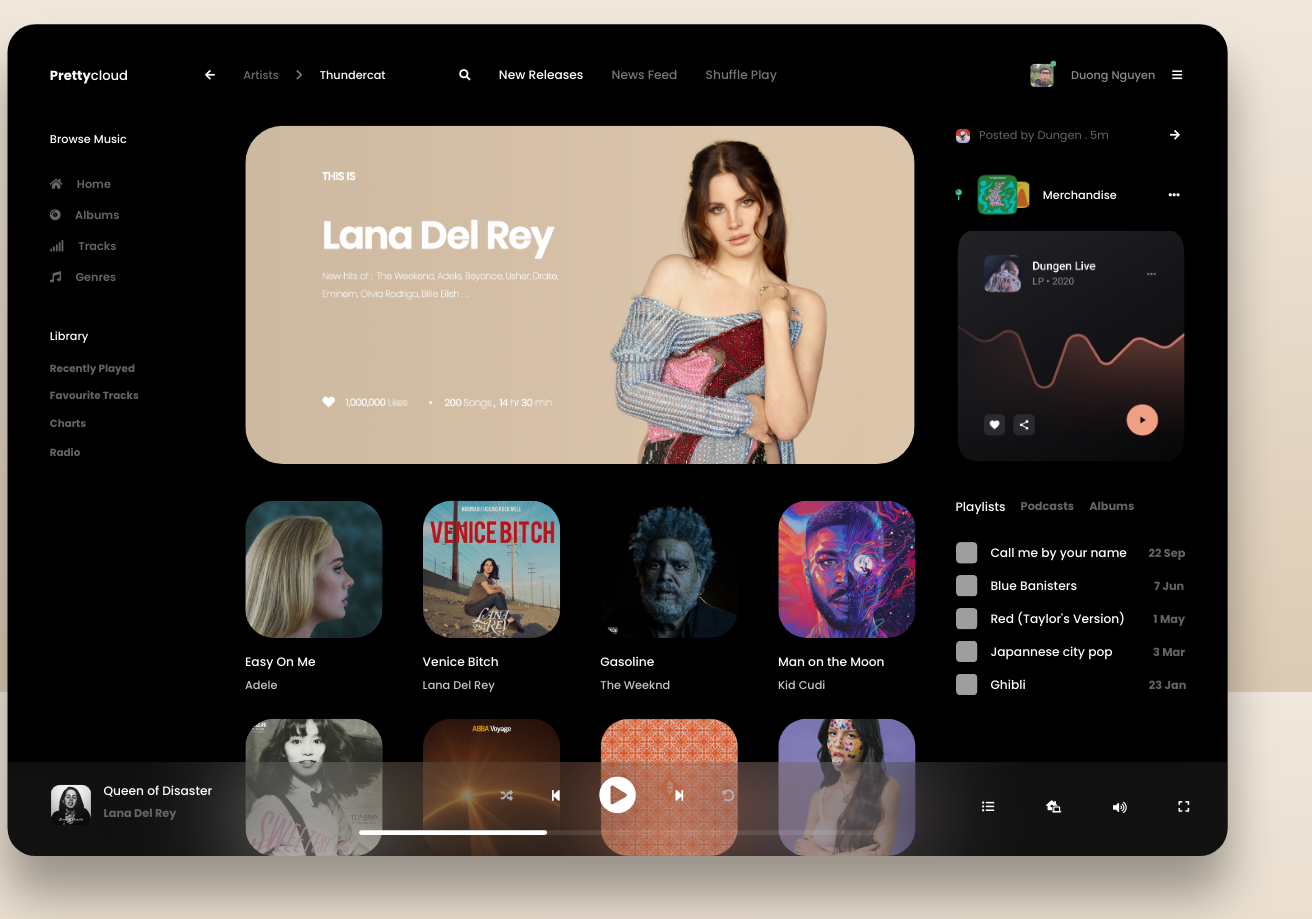
Repository: nguyenduong12345/music-player
Page: glass.html
An editor plug-in stored every save of this project. The page is shown before and after the next save, followed by the edit.
The browser window is 1280 px wide. The page is 1396 px wide, then 1280 px, then 1396 px, so the pictures cover 1396 px, including what lies to the right of the window. The pictures show the whole page, at 94% of full size.
Pictures or frames that could not be fetched are drawn as grey boxes. The style sheet was rebuilt from its Sass, Less or Tailwind sources for each picture, by a compiler version that may differ from the author's.

Above is the page before, as saved 2022-01-28 15:10:13.

### glass.html
<!DOCTYPE html>
<html lang="en">
  <head>
    <meta charset="UTF-8" />
    <meta http-equiv="X-UA-Compatible" content="IE=edge" />
    <meta name="viewport" content="width=device-width, initial-scale=1.0" />
    <title>Glass Website</title>
    <link
      href="https://fonts.googleapis.com/css2?family=Poppins:ital,wght@0,300;0,400;0,500;0,600;0,700;0,800;1,300;1,400;1,500;1,600;1,700;1,800&family=Rubik:ital,wght@0,300;0,400;0,500;0,600;0,700;0,800;1,300;1,400;1,500;1,600;1,700;1,800&display=swap"
      rel="stylesheet"
    />
    <link rel="stylesheet" href="./css/glass.css" />
    <link href="/fontawesome/css/all.css" rel="stylesheet" />
  </head>
  <body>
    <!-- <div class="circle"></div> -->
    <!-- <main>
      <section class="glass">
        <div class="dashboard">
          <div class="user">
            <div class="user-avatar">
              <img class="avatar" srcset="image\IMG_6675.jpg" alt="" />
            </div>
            <h3>Duong Nguyen</h3>
            <p>Pro Member</p>
          </div>
          <div class="links">
            <div class="link">
              <img class="dashboard-icon" src="../image/steam.png" alt="" />
              <h2 class="link-text">Streams</h2>
            </div>
            <div class="link">
              <img class="dashboard-icon" src="../image/library.png" alt="" />
              <h2 class="link-text">Library</h2>
            </div>
            <div class="link">
              <img class="dashboard-icon" src="../image/twitch.png" alt="" />
              <h2 class="link-text">Games</h2>
            </div>
            <div class="link">
              <img class="dashboard-icon" src="../image/upcoming.png" alt="" />
              <h2 class="link-text">New</h2>
            </div>
            <div class="pro">
              <h2 class="pro-text">Join pro for free games.</h2>
              <img
                class="dashboard-icon"
                srcset="../image/controller.png"
                alt=""
              />
            </div>
          </div>
        </div>
        <div class="games">
          <div class="intro">
            <div class="games-heading">
              <h1>Active Games</h1>
            </div>
            <div class="seach-games">
              <input type="seach" class="seach-games__game" id="" />
              <div class="seach-games__custom"></div>
            </div>
          </div>
          <div class="card">
            <img class="game-image" src="./image/sackboy.png" alt="" />
            <div class="card-info">
              <h2 class="card-info__title">Sackboy A Great Advanture</h2>
              <p class="card-info__desc">PS5 Version</p>
              <div class="card-progress"></div>
            </div>
            <h2 class="percentage">60%</h2>
          </div>
          <div class="card">
            <img class="game-image" src="./image/spiderman.png" alt="" />
            <div class="card-info">
              <h2 class="card-info__title">Spiderman Miles Morales</h2>
              <p class="card-info__desc">PS5 Version</p>
              <div class="card-progress"></div>
            </div>
            <h2 class="percentage">60%</h2>
          </div>
          <div class="card">
            <img class="game-image" src="./image/assassins.png" alt="" />
            <div class="card-info">
              <h2 class="card-info__title">Assassins Creed Valhalla</h2>
              <p class="card-info__desc">PS5 Version</p>
              <div class="card-progress"></div>
            </div>
            <h2 class="percentage">60%</h2>
          </div>
        </div>
      </section>
    </main>
    <div class="circle1"></div>
    <div class="circle2"></div> -->
    <!-- <section class="grid">


      <div class="custom-grid">
        <img
          class="custom-grid__item"
          src="https://images.unsplash.com/photo-1519681393784-d120267933ba?ixlib=rb-1.2.1&ixid=MnwxMjA3fDB8MHxwaG90by1wYWdlfHx8fGVufDB8fHx8&auto=format&fit=crop&w=1170&q=80"
          alt=""
        />
        <img
          class="custom-grid__item"
          src="https://images.unsplash.com/photo-1485470733090-0aae1788d5af?ixlib=rb-1.2.1&ixid=MnwxMjA3fDB8MHxwaG90by1wYWdlfHx8fGVufDB8fHx8&auto=format&fit=crop&w=1217&q=80"
          alt=""
        />
        <img
          class="custom-grid__item"
          src="https://images.unsplash.com/photo-1508739773434-c26b3d09e071?ixlib=rb-1.2.1&ixid=MnwxMjA3fDB8MHxwaG90by1wYWdlfHx8fGVufDB8fHx8&auto=format&fit=crop&w=1170&q=80"
          alt=""
        />
        <img
          class="custom-grid__item"
          src="https://images.unsplash.com/photo-1508182314998-3bd49473002f?ixlib=rb-1.2.1&ixid=MnwxMjA3fDB8MHxwaG90by1wYWdlfHx8fGVufDB8fHx8&auto=format&fit=crop&w=1170&q=80"
          alt=""
        />
        <img
          class="custom-grid__item"
          src="https://images.unsplash.com/photo-1508144753681-9986d4df99b3?ixlib=rb-1.2.1&ixid=MnwxMjA3fDB8MHxwaG90by1wYWdlfHx8fGVufDB8fHx8&auto=format&fit=crop&w=1170&q=80"
          alt=""
        />
        <img
          class="custom-grid__item"
          src="https://images.unsplash.com/photo-1508144322886-717c284ab392?ixlib=rb-1.2.1&ixid=MnwxMjA3fDB8MHxwaG90by1wYWdlfHx8fGVufDB8fHx8&auto=format&fit=crop&w=1170&q=80"
          alt=""
        />
      </div>
    </section> -->
    <!-- <section class="langdingpage-practice">
      <div class="langdingpage">
        <div class="container">
          <div class="heading">
            <div class="heading-logos">
              <span class="heading__logo">Demo</span> -->
    <!-- </div>
            <div class="heading-menu">
              <a href="" class="heading-menu__option">Find passion</a>
              <a href="" class="heading-menu__option">Categories</a>
              <a href="" class="heading-menu__option">Skills</a>
              <a href="" class="heading-menu__option">Customer</a>
            </div>
            <div class="heading-login">
              <a href="" class="heading-login__option">Login</a>
              <a href="" class="heading-login__option">Free Trial</a>
            </div>
          </div>
          <div class="hero">
            <div class="title">
              <h1>Watch.</h1>
              <h1>Learn.</h1>
              <h1>Grow.</h1>
            </div>
            <div class="course">
              <div class="course-item">
                <img
                  class="course-image"
                  src="https://images.unsplash.com/photo-1633113093730-47449a1a9c6e?ixlib=rb-1.2.1&ixid=MnwxMjA3fDB8MHxwaG90by1wYWdlfHx8fGVufDB8fHx8&auto=format&fit=crop&w=687&q=80"
                  alt=""
                />
              </div>
              <div class="course-item">
                <img
                  class="course-image"
                  src="https://images.unsplash.com/photo-1633113087654-c49c686c2cdf?ixlib=rb-1.2.1&ixid=MnwxMjA3fDB8MHxwaG90by1wYWdlfHx8fGVufDB8fHx8&auto=format&fit=crop&w=687&q=80"
                  alt=""
                />
              </div>
              <div class="course-item">
                <img
                  class="course-image"
                  src="https://images.unsplash.com/photo-1633119446564-877e2c2ae501?ixlib=rb-1.2.1&ixid=MnwxMjA3fDB8MHxwaG90by1wYWdlfHx8fGVufDB8fHx8&auto=format&fit=crop&w=687&q=80"
                  alt=""
                />
              </div>
            </div>
          </div>
          <div class="button">
            <div class="intro">
              <span class="intro-desc">Find your passion</span>
              <div class="intro-box"></div>
            </div>
            <div class="click">
              <a href="" class="click-link">Go</a>
              <div class="click-box"></div>
            </div>
          </div>
        </div>
      </div>
    </section> -->
    <div class="music-landingpage">
      <div class="container">
        <div class="heading">
          <span class="heading-logo">  <strong>Pretty</strong>cloud</span>
          <a href="" class="heading-next__left">
            <i class="fas fa-arrow-left"></i>
          </a>
          <div class="heading-choose">
            <span class="heading-artists">Artists</span>
            <i class="fas fa-chevron-right"></i>
            <span class="heading-thundercat">Thundercat</span>
          </div>
          <div class="heading-menu">
            <i class="heading-menu-item fas fa-search"></i>
            <h3 class="heading-menu-item releases">New Releases</h3>
            <h3 class="heading-menu-item feed">News Feed</h3>
            <h3 class="heading-menu-item play">Shuffle Play</h3>
          </div>
          <div class="user">
            <img
              class="user-item user-avatar"
              src="./image/IMG_6675.jpg"
              alt=""
            />
            <span class="user-item user-name">Duong Nguyen</span>
            <i class="user-item fas fa-bars"></i>
          </div>
        </div>

          <div class="main">
            <div class="dashboard">
              <div class="browse-music">
                <span class="browse-music-intro">Browse Music </span>
                <div class="browse-child browse-music-home">
                  <i class="child fas fa-home"></i>
                  <span class="browse-child__name">Home</span>
                </div>
                <div class="browse-child browse-music-album">
                  <i class="child fas fa-compact-disc"></i>
                  <span class="browse-child__name">Albums</span>
                </div>
                <div class="browse-child browse-music-track">
                  <i class="child fas fa-signal"></i>
                  <span class="browse-child__name">Tracks</span>
                </div>
                <div class="browse-child browse-music-genre">
                  <i class="child fas fa-music"></i>
                  <span class="browse-child__name">Genres</span>
                </div>
              </div>
              <div class="lybrary">
                <span class="lybrary-intro">Library</span>
                <h4 class="lybrary-child">Recently Played</h4 class="lybrary-child">
                <h4 class="lybrary-child">Favourite Tracks</h4 class="lybrary-child">
                <h4 class="lybrary-child">Charts</h4 class="lybrary-child">
                <h4 class="lybrary-child">Radio</h4>
                      </div>
            </div>
            <div class="hero">
              <img src="./image/cover.jpg" alt="" class="hero-cover">
              <div class="hero-songs1">
                <div class="hero-song">
                  <img src="./image/adele.jpg" alt="" class="song-cover">
                  <h1>Easy On Me</h1>
                  <h2>Adele</h2>
                </div>
                <div class="hero-song">
                  <img src="./image/3a92a5ef-1915-4dfd-9d65-dff2d4f665da_1024 (1).jpg" alt="" class="song-cover">
                  <h1>Venice Bitch</h1>
                  <h2>Lana Del Rey</h2>
                </div>
                <div class="hero-song">
                  <img src="./image/BA3A4298-E373-44DA-A2F1-B6DFB06BE264.jpg" alt="" class="song-cover">
                  <h1> Gasoline </h1>
                  <h2>The Weeknd</h2>
                </div>
                <div class="hero-song">
                  <img src="./image/kid-cudi.jpeg" alt="" class="song-cover">
                  <h1>Man on the Moon</h1>
                  <h2>Kid Cudi</h2>
                </div>
              </div>
              <div class="hero-songs2">
                <div class="hero-song">
                  <img src="./image/plasticlove.jfif" alt="" class="song-cover">

                </div>
                <div class="hero-song">
                  <img src="./image/abba.jpg" alt="" class="song-cover">

                </div>
                <div class="hero-song">
                  <img src="./image/ngot.jfif" alt="" class="song-cover">
                </div>
                <div class="hero-song">
                  <img src="./image/olivia.jpg" alt="" class="song-cover">
                </div>
              </div>
            </div>
            <div class="channel">
              <div class="channel-upload">
                <img src="./image/theweekend.jpg" alt="" class="channel-upload__item channel-upload__img">
                <p class="channel-upload__item channel-upload__desc">Posted by Dungen . 5m</p>
               <i class="channel-upload__item fas fa-arrow-right"></i>
              </div>
              <div class="channel-pin">
                <i class="channel-pin__child fas fa-map-pin"></i>
                <img src="./image/upload-ava.png" alt="" class="channel-pin__child channel-pin__img">
                <span class="channel-pin__child channel-pin__title">Merchandise</span>
                <i class="channel-pin__child fas fa-ellipsis-h"></i>
              </div>
              <div class="channel-radio">
                <img src="./image/radio.png" alt="" class="channel-radio__img">
              </div>
              <div class="channel-playlists">
                <div class="channel-playlists-list">
                  <h3 class="channel-playlists-list__child">Playlists</h3>
                  <h4 class="channel-playlists-list__child">Podcasts</h4>
                  <h4 class="channel-playlists-list__child">Albums</h4>
                </div>
                <div class="channel-songs">
                  <div class="channel-songs-song"><img class="channel-songs-img" src="https://www.musiconvinyl.com/fotos/3458_foto1_product_xl.jpg" alt="">
                    <h3 class=" channel-songs-name1">Call me by your name</h3>
                    <h4 class="channel-songs-time">22 Sep</h4>
                  </div>
                  <div class="channel-songs-song"><img class="channel-songs-img" src="https://encrypted-tbn0.gstatic.com/images?q=tbn:ANd9GcRlMVyZ0IocN63lKW5u8S1Xuzi3na4qSieNDnaYT7DryRGKf-6zfpJWt1_6CkNUQ1v0pSc&usqp=CAU" alt="">
                    <h3 class=" channel-songs-name2">Blue Banisters</h3>
                    <h4 class="channel-songs-time">7 Jun</h4>
                  </div>
                  <div class="channel-songs-song"><img class="channel-songs-img" src="https://nld.mediacdn.vn/291774122806476800/2021/6/19/t03-16240818944771485276009.jpg" alt="">
                    <h3 class=" channel-songs-name3">Red (Taylor's Version)</h3>
                    <h4 class="channel-songs-time">1 May</h4>
                  </div>
                  <div class="channel-songs-song"><img class="channel-songs-img" src="http://mostly-retro.com/wp-content/uploads/2018/01/tokyonights.png" alt="">
                    <h3 class=" channel-songs-name4">Japannese city pop</h3>
                    <h4 class="channel-songs-time">3 Mar</h4>
                  </div>
                  <div class="channel-songs-song"><img class="channel-songs-img" src="https://gamek.mediacdn.vn/133514250583805952/2021/11/25/photo-1-16378263365561029256000.jpg" alt="">
                    <h3 class=" channel-songs-name5">Ghibli </h3>
                    <h4 class="channel-songs-time">23 Jan</h4>
                  </div>
                </div>
              </div>
            </div>
          </div>
          <div class="music-player">
            <div class="music-container">
              <div class="music-player__playing">
                <img src="./image/Thf_1571805024.jpg" alt="" class="music-player__avatar">
                <div class="song-desc">
                  <h1 class="music-player__name">Queen of Disaster</h1>
                  <h4 class="music-player__author">Lana Del Rey</h4>
                </div>
              </div>
              <div class="music-player__control">
                <i class="icon-child fas fa-random"></i>
                <i class="icon-child fas fa-step-backward"></i>
                <i class="icon-child fas fa-play-circle"></i>
                <i class="icon-child fas fa-step-forward"></i>
                <i class="icon-child fas fa-undo-alt"></i>
              </div>
              <div class="music-player__progress">
                <div class="progress"></div>
              </div>
              <div class="music-player__media">
                <i class="media-child fas fa-list-ul"></i>
                <i class="media-child fas fa-laptop-house"></i>
                <div class="volume"><i class="media-child fas fa-volume-up"></i>
                  <div class="volume-progress"></div>
                </div>
                <i class="media-child fas fa-expand"></i>
              </div>
            </div>
          </div>
      </div>
      </div>
    </div>
  </body>
</html>

Loaded but not shown: fontawesome/css/all.css (library); sass/glass.scss (840 lines, source omitted)

After the next save:
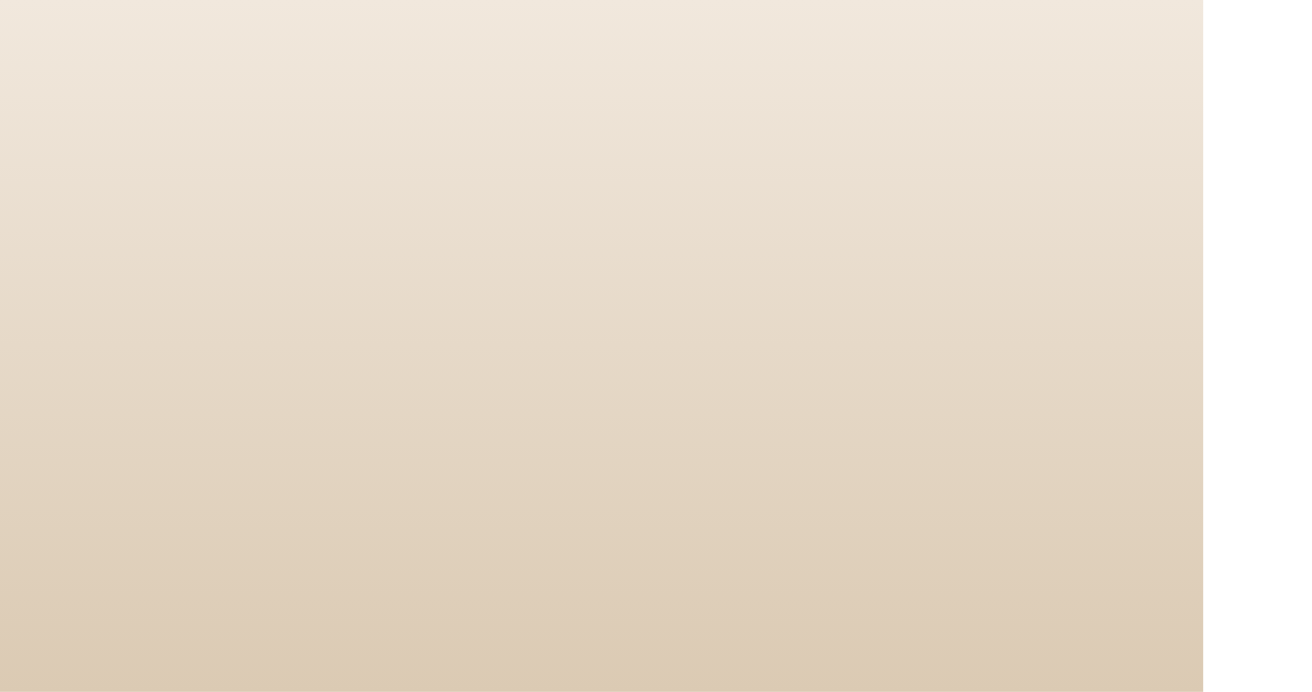
Saved 9 days later.
--- a/glass.html
+++ b/glass.html
@@ -190,7 +190,7 @@
         </div>
       </div>
     </section> -->
-    <div class="music-landingpage">
+    <!-- <div class="music-landingpage">
       <div class="container">
         <div class="heading">
           <span class="heading-logo">  <strong>Pretty</strong>cloud</span>
@@ -365,7 +365,7 @@
             </div>
           </div>
       </div>
-      </div>
+      </div> -->
     </div>
   </body>
 </html>

After the save that followed:
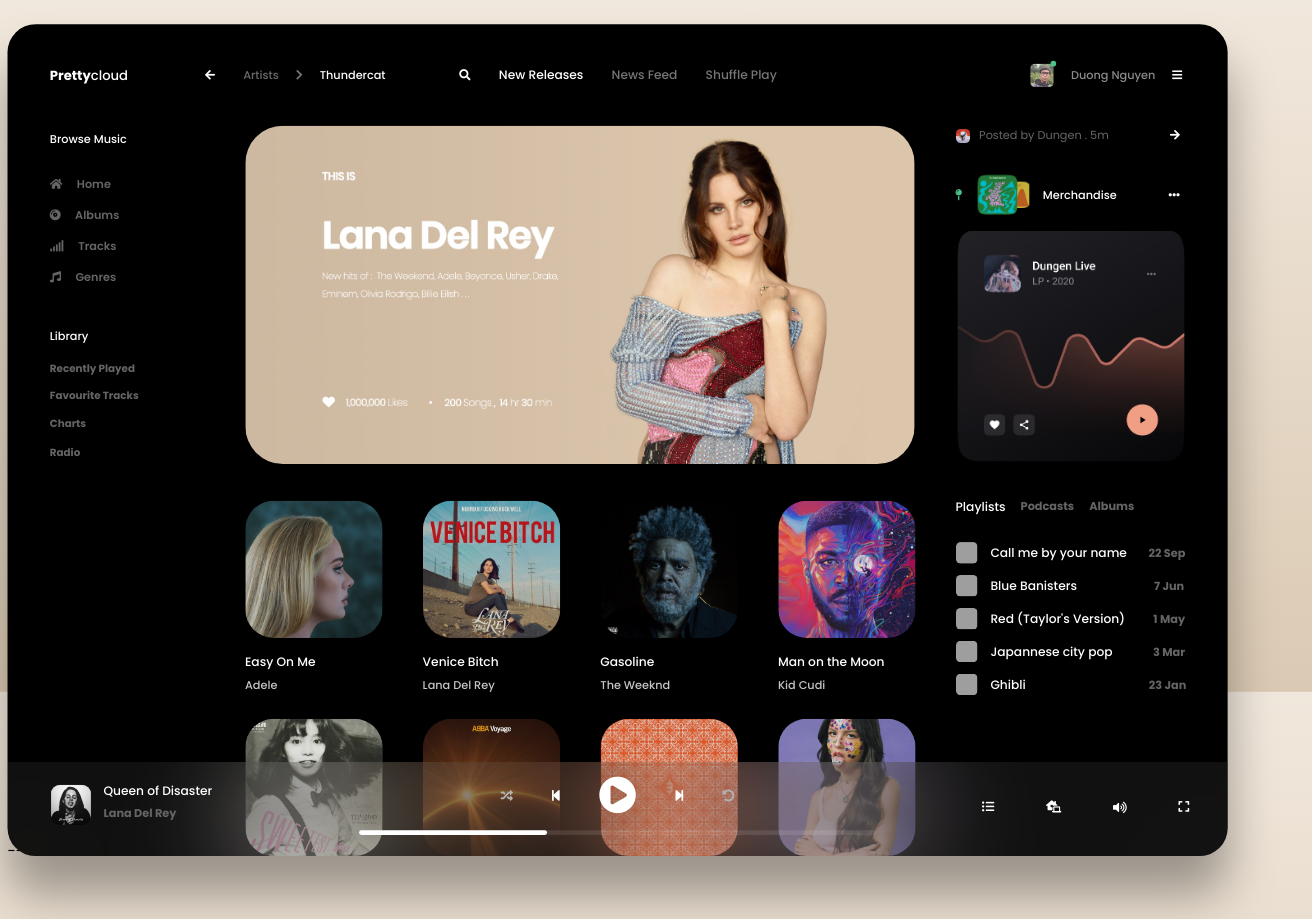
Saved 97 s later.
--- a/glass.html
+++ b/glass.html
@@ -13,6 +13,7 @@
     <link href="/fontawesome/css/all.css" rel="stylesheet" />
   </head>
   <body>
+    <script src=""></script>
     <!-- <div class="circle"></div> -->
     <!-- <main>
       <section class="glass">
@@ -190,7 +191,7 @@
         </div>
       </div>
     </section> -->
-    <!-- <div class="music-landingpage">
+    <div class="music-landingpage">
       <div class="container">
         <div class="heading">
           <span class="heading-logo">  <strong>Pretty</strong>cloud</span>
